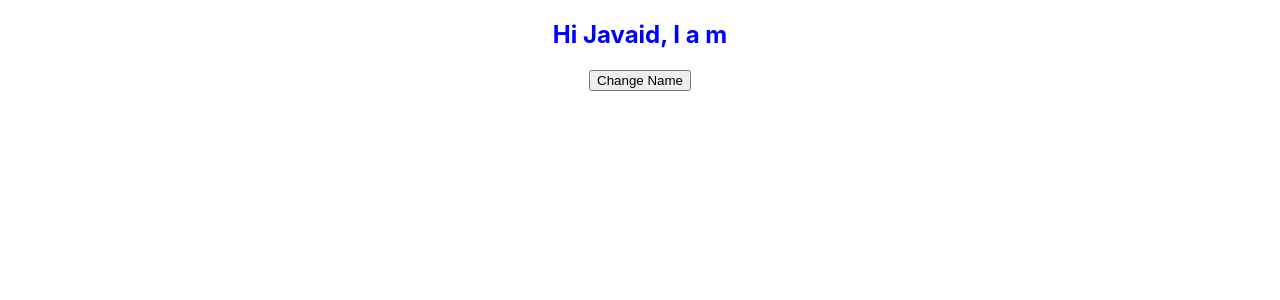
Repository: JavaidAhmadKhan/robo-friends-2.0
Page: /
These files come from the project's save history. The page is drawn as it stood at one moment and after the next save; the edit follows.
The browser window is 1280 px wide. The pictures show the whole page.
The project was rebuilt for these pictures with package versions that can differ from the ones it lists, and the page was loaded fresh each time.

Above is the page before, as saved 2022-04-19 23:13:17.

After the next save:
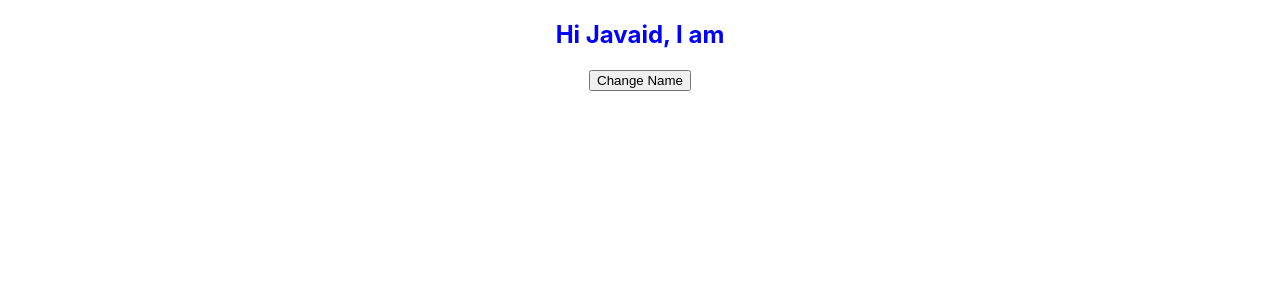
Saved 21 s later.
--- a/src/App.js
+++ b/src/App.js
@@ -15,7 +15,7 @@ class App extends Component {
     return (
       <div className="App">
         <h2>
-          Hi {this.state.name}, I a m {this.setState.profession}
+          Hi {this.state.name}, I am {this.setState.profession}
         </h2>
         <button onClick={() => this.setState({ name: "Khan" })}>
           Change Name
